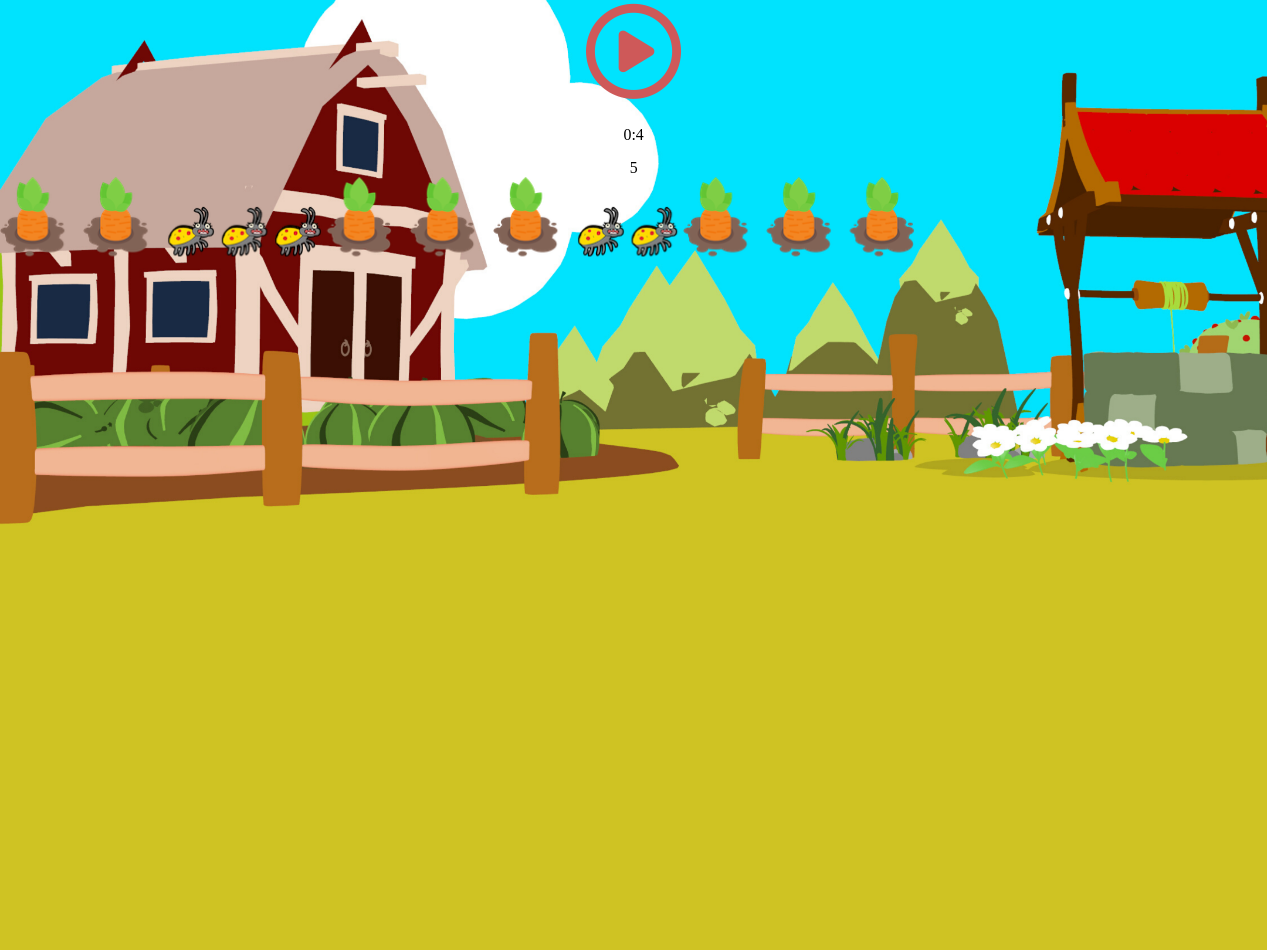
Repository: sephinejo/Mini-carrot-game
Page: index.html
These files come from the project's save history. The page is drawn as it stood at one moment and after the next save; the edit follows.
The browser window is 1280 px wide. The pictures show the whole page, at 99% of full size.
Some web libraries are served in a nearby version.

Above is the page before, as saved 2023-05-14 21:18:59.

### index.html
<!DOCTYPE html>
<html lang="en">
  <head>
    <meta charset="UTF-8" />
    <meta http-equiv="X-UA-Compatible" content="IE=edge" />
    <meta name="viewport" content="width=device-width, initial-scale=1.0" />
    <title>Mini Carrot Game👩‍🌾🥕</title>
    <link rel="stylesheet" href="style.css" />
    <script
      src="https://kit.fontawesome.com/9ac80604cb.js"
      crossorigin="anonymous"
    ></script>
    <script src="main.js" defer></script>
  </head>
  <body>
    <div class="container">
      <div class="infos">
        <div class="info__icon__play">
          <i class="fa-regular fa-circle-play"></i>
        </div>
        <p class="info__timer">0:4</p>
        <span class="info__counter">5</span>
      </div>
      <div class="space">
        <img class="carrot" src="img/carrot.png" alt="carrot" />
        <img class="carrot" src="img/carrot.png" alt="carrot" />
        <img class="bug" src="img/bug.png" alt="bug" />
        <img class="bug" src="img/bug.png" alt="bug" />
        <img class="bug" src="img/bug.png" alt="bug" />
        <img class="carrot" src="img/carrot.png" alt="carrot" />
        <img class="carrot" src="img/carrot.png" alt="carrot" />
        <img class="carrot" src="img/carrot.png" alt="carrot" />
        <img class="bug" src="img/bug.png" alt="bug" />
        <img class="bug" src="img/bug.png" alt="bug" />
        <img class="carrot" src="img/carrot.png" alt="carrot" />
        <img class="carrot" src="img/carrot.png" alt="carrot" />
        <img class="carrot" src="img/carrot.png" alt="carrot" />
      </div>
    </div>
  </body>
</html>

### style.css
* {
  box-sizing: border-box;
}

body {
  margin: auto;
}

.container {
  background-size: cover;
  background-image: url('img/background.png');
  height: 60rem;
}

.infos {
  text-align: center;
}

.info__icon__play {
  font-size: 6rem;
  color: #ce5959;
}

Loaded but not shown: main.js (no stored copy; drawn as an empty file)

After the next save:
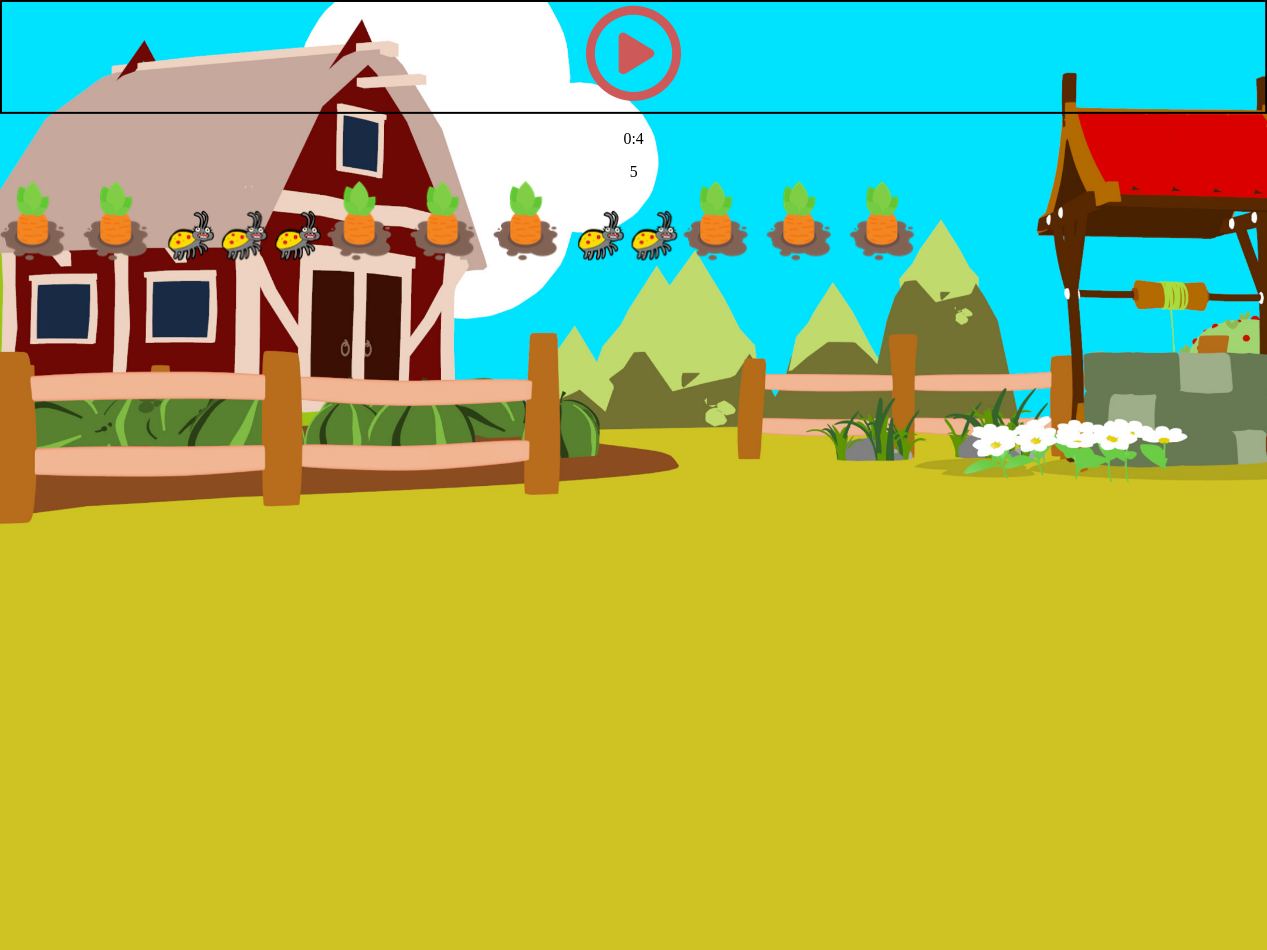
Saved 28 s later.
--- a/style.css
+++ b/style.css
@@ -17,6 +17,7 @@
 }
 
 .info__icon__play {
+  border: solid black 2px;
   font-size: 6rem;
   color: #ce5959;
 }

After the save that followed:
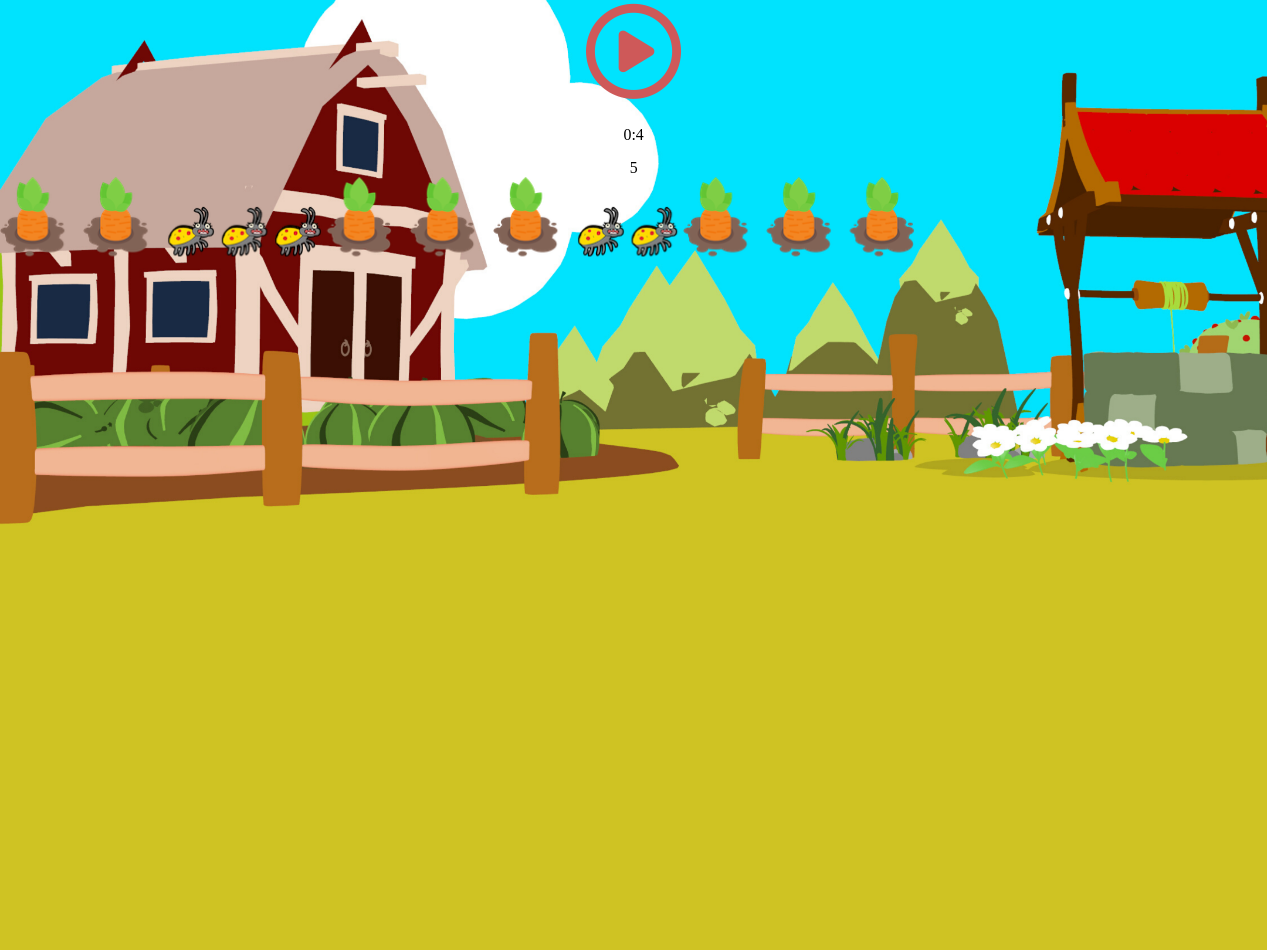
Saved 7 s later.
--- a/style.css
+++ b/style.css
@@ -17,7 +17,6 @@
 }
 
 .info__icon__play {
-  border: solid black 2px;
   font-size: 6rem;
   color: #ce5959;
 }
